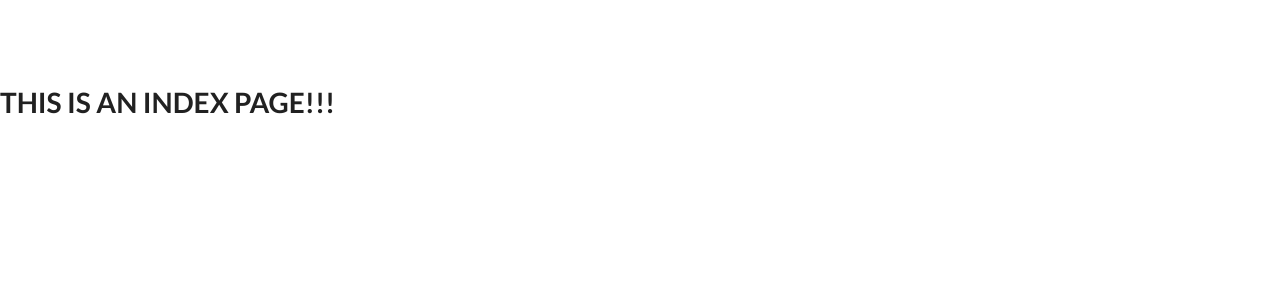
Repository: abedhtiwari14/Cloud-9
Page: http://localhost/blogs
The author's editor kept a record of every edit. The page is drawn from the files as they stood at one moment, then again after the next edit.
The browser window is 1280 px wide. The pictures show the whole page.
Some web libraries are served in a nearby version. The page is served by the project's Node server (RESTful Routing/RESTfulBlogApp/app.js). Queries for data that is not in the repository find no rows.

Above is the page before.

After the next edit:
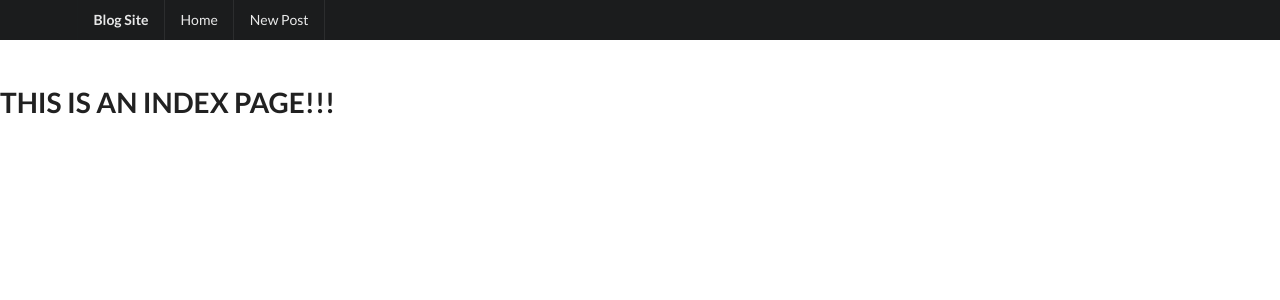
The edit:
--- a/RESTful Routing/RESTfulBlogApp/views/partials/header.ejs
+++ b/RESTful Routing/RESTfulBlogApp/views/partials/header.ejs
@@ -4,11 +4,10 @@
         <link rel="stylesheet" href="https://cdnjs.cloudflare.com/ajax/libs/semantic-ui/2.3.1/semantic.min.css">
     </head>
     <body>
-        <div>
-            <div>
-                <div></div>
-                <ul>
-
-                </ul>
+        <div class="ui inverted fixed menu">
+            <div class="ui container">
+                <div class="header item">Blog Site</div>
+                <a href="/" class="item">Home</a>
+                <a href="/blogs/new" class="item">New Post</a>
             </div>
         </div>
